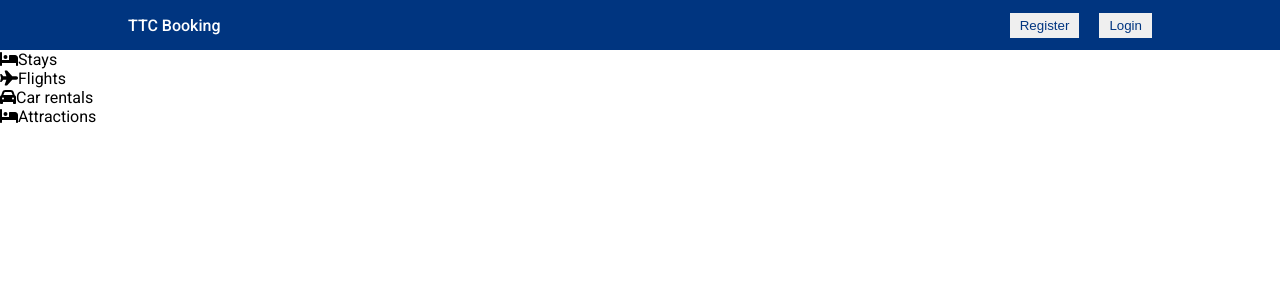
Repository: CarsonDev1/booking-app
Page: /
An editor plug-in stored every save of this project. The page is shown before and after the next save, followed by the edit.
The browser window is 1280 px wide. The pictures show the whole page.
The project was rebuilt for these pictures with package versions that can differ from the ones it lists, and the page was loaded fresh each time. Also part of the build but not shown: src/components/header/header.css, src/pages/home/home.css, src/pages/hotel/Hotel.jsx, src/pages/list/List.jsx.

Above is the page before, as saved 2022-12-03 00:27:51.

### public/index.html
<!DOCTYPE html>
<html lang="en">

<head>
  <meta charset="utf-8" />
  <link rel="icon" href="%PUBLIC_URL%/favicon.ico" />
  <meta name="viewport" content="width=device-width, initial-scale=1" />
  <meta name="theme-color" content="#000000" />
  <meta name="description" content="Web site created using create-react-app" />
  <link rel="apple-touch-icon" href="%PUBLIC_URL%/logo192.png" />
  <!--
      manifest.json provides metadata used when your web app is installed on a
      user's mobile device or desktop. See https://developers.google.com/web/fundamentals/web-app-manifest/
    -->
  <link rel="manifest" href="%PUBLIC_URL%/manifest.json" />
  <link rel="preconnect" href="https://fonts.googleapis.com">
  <link rel="preconnect" href="https://fonts.gstatic.com" crossorigin>
  <link
    href="https://fonts.googleapis.com/css2?family=Poppins:ital,wght@0,400;0,500;0,600;0,700;0,800;1,400;1,500;1,600;1,700&family=Roboto:ital,wght@0,300;0,400;0,500;0,700;1,300;1,400;1,500;1,700&display=swap"
    rel="stylesheet">
  <!--
      Notice the use of %PUBLIC_URL% in the tags above.
      It will be replaced with the URL of the `public` folder during the build.
      Only files inside the `public` folder can be referenced from the HTML.

      Unlike "/favicon.ico" or "favicon.ico", "%PUBLIC_URL%/favicon.ico" will
      work correctly both with client-side routing and a non-root public URL.
      Learn how to configure a non-root public URL by running `npm run build`.
    -->
  <title>React App</title>
</head>

<body>
  <noscript>You need to enable JavaScript to run this app.</noscript>
  <div id="root"></div>
  <!--
      This HTML file is a template.
      If you open it directly in the browser, you will see an empty page.

      You can add webfonts, meta tags, or analytics to this file.
      The build step will place the bundled scripts into the <body> tag.

      To begin the development, run `npm start` or `yarn start`.
      To create a production bundle, use `npm run build` or `yarn build`.
    -->
</body>

</html>

### src/index.css
body {
	margin: 0;
	padding: 0;
	box-sizing: border-box;
	font-family: "Roboto", sans-serif;
}

### src/App.js
import { BrowserRouter, Routes, Route } from "react-router-dom";
import Home from "./pages/home/Home";
import Hotel from "./pages/hotel/Hotel";
import List from "./pages/list/List";
function App() {
	return (
		<BrowserRouter>
			<Routes>
				<Route path="/" element={<Home />} />
				<Route path="/hotels" element={<List />} />
				<Route path="/hotels/:id" element={<Hotel />} />
			</Routes>
		</BrowserRouter>
	);
}

export default App;

### src/pages/home/Home.jsx
import Header from "../../components/header/Header";
import Navbar from "../../components/navbar/Navbar";
import "./home.css";

const Home = () => {
	return (
		<div>
			<Navbar />
			<Header />
		</div>
	);
};

export default Home;

### src/components/header/Header.jsx
import { faBed, faCar, faPlane } from "@fortawesome/free-solid-svg-icons";
import { FontAwesomeIcon } from "@fortawesome/react-fontawesome";
import "./header.css";

const Header = () => {
	return (
		<div className="header">
			<div className="headerList">
				<div className="headerListItem">
					<FontAwesomeIcon icon={faBed} />
					<span>Stays</span>
				</div>
				<div className="headerListItem">
					<FontAwesomeIcon icon={faPlane} />
					<span>Flights</span>
				</div>
				<div className="headerListItem">
					<FontAwesomeIcon icon={faCar} />
					<span>Car rentals</span>
				</div>
				<div className="headerListItem">
					<FontAwesomeIcon icon={faBed} />
					<span>Attractions</span>
				</div>
			</div>
		</div>
	);
};

export default Header;

### src/components/navbar/Navbar.jsx
import "./navbar.css";

const NavBar = () => {
	return (
		<div className="navbar">
			<div className="navContainer">
				<span className="logo">TTC Booking</span>
				<div className="navItems">
					<button className="navButton">Register</button>
					<button className="navButton">Login</button>
				</div>
			</div>
		</div>
	);
};

export default NavBar;

### src/components/navbar/navbar.css
.navbar {
	height: 50px;
	background-color: #003580;
	display: flex;
	justify-content: center;
}
.navContainer {
	width: 100%;
	max-width: 1024px;
	color: white;
	display: flex;
	align-items: center;
	justify-content: space-between;
}
.logo {
	font-weight: 500;
}
.navButton {
	margin-left: 20px;
	border: none;
	padding: 5px 10px;
	cursor: pointer;
	color: #003580;
}

Loaded but not shown: src/index.js (common file)

After the next save:
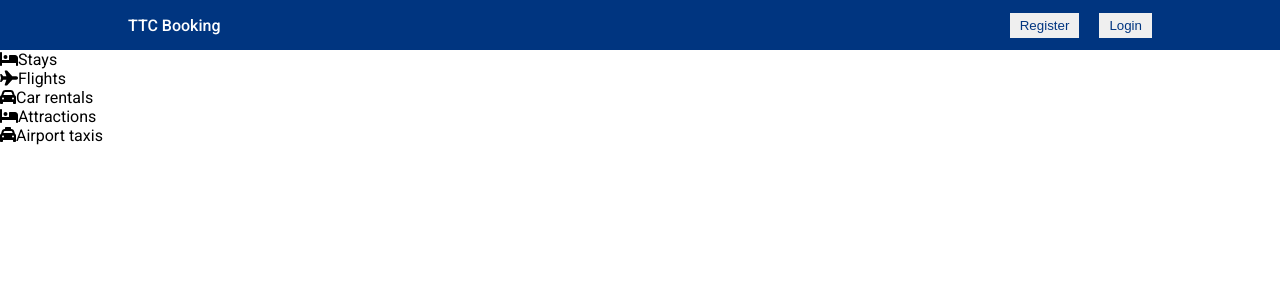
Saved 22 s later.
--- a/src/components/header/Header.jsx
+++ b/src/components/header/Header.jsx
@@ -1,4 +1,9 @@
-import { faBed, faCar, faPlane } from "@fortawesome/free-solid-svg-icons";
+import {
+	faBed,
+	faCar,
+	faPlane,
+	faTaxi,
+} from "@fortawesome/free-solid-svg-icons";
 import { FontAwesomeIcon } from "@fortawesome/react-fontawesome";
 import "./header.css";
 
@@ -22,6 +27,10 @@ const Header = () => {
 					<FontAwesomeIcon icon={faBed} />
 					<span>Attractions</span>
 				</div>
+				<div className="headerListItem">
+					<FontAwesomeIcon icon={faTaxi} />
+					<span>Airport taxis</span>
+				</div>
 			</div>
 		</div>
 	);
